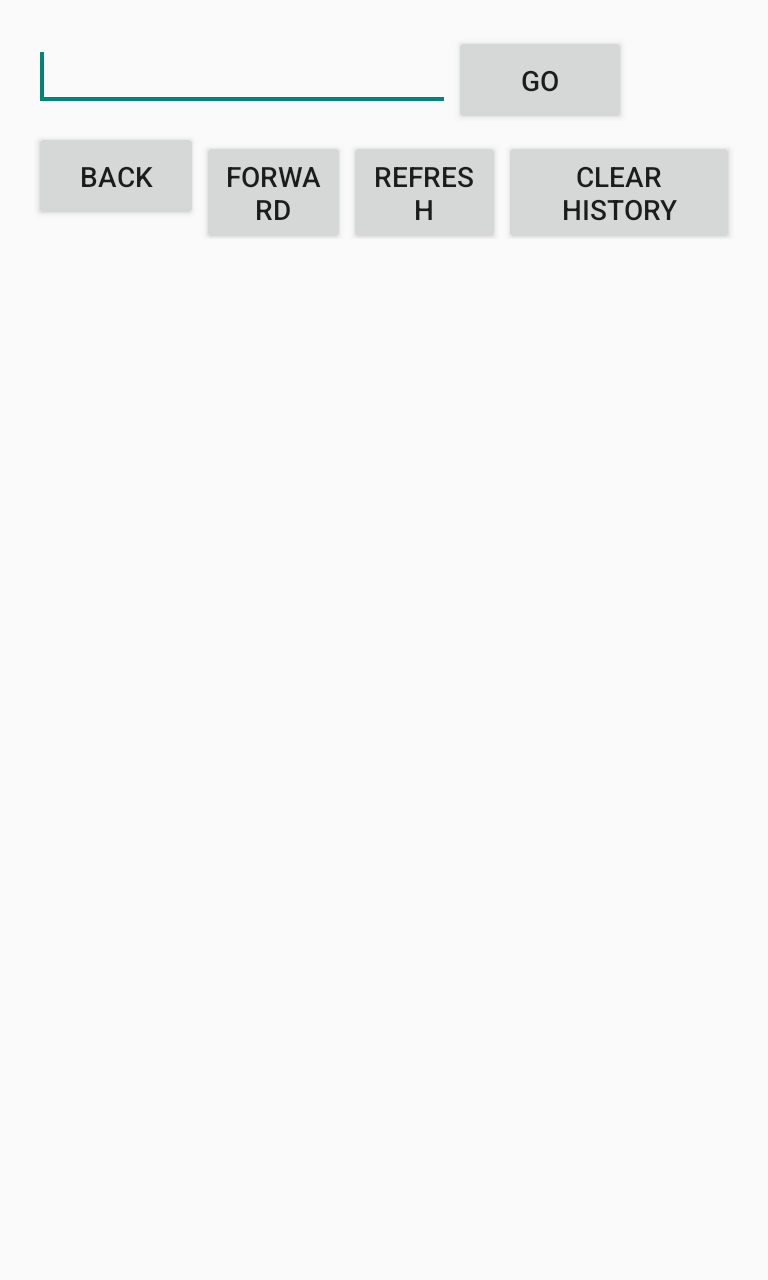
Repository: Attaphon1996/Engineering-Stuff
Layout: OSource/Android Play/Android_Projects/Bruno/res/layout/activity_main.xml
These files come from the project's save history. The layout is drawn as it stood at one moment and after the next save; the edit follows.
It is drawn on a 768 x 1280 px phone screen (xhdpi) without system bars, with theme AppTheme; the app's code is not run.

Above is the layout before, as saved 2014-12-23 17:32:47.

### OSource/Android Play/Android_Projects/Bruno/res/layout/activity_main.xml
<LinearLayout xmlns:android="http://schemas.android.com/apk/res/android"
    xmlns:tools="http://schemas.android.com/tools"
    android:layout_width="match_parent"
    android:layout_height="match_parent"
    android:paddingBottom="@dimen/activity_vertical_margin"
    android:paddingLeft="@dimen/activity_horizontal_margin"
    android:paddingRight="@dimen/activity_horizontal_margin"
    android:paddingTop="@dimen/activity_vertical_margin"
    tools:context="com.mundheyrohan.bruno.MainActivity"
    android:orientation="vertical" >
<LinearLayout
    android:layout_width="wrap_content"
    android:layout_height="wrap_content"
    android:orientation="horizontal"
    android:weightSum="100">
    <EditText
        android:id="@+id/editText1"
        android:layout_width="match_parent"
        android:layout_height="wrap_content"
        android:ems="10"
        android:layout_weight="40"
         >

        <requestFocus />
    </EditText>

    <Button
        android:id="@+id/button1"
        android:layout_width="wrap_content"
        android:layout_height="wrap_content"
        android:text="@string/go"
        android:layout_weight="60" />

    </LinearLayout>

<LinearLayout
    android:layout_width="wrap_content"
    android:layout_height="wrap_content"
    android:orientation="horizontal"
    android:weightSum="100"
    >
    <Button
        android:id="@+id/button1"
        android:layout_width="wrap_content"
        android:layout_height="wrap_content"
        android:text="Back"
        android:layout_weight="10" />
    <Button
        android:id="@+id/button1"
        android:layout_width="wrap_content"
        android:layout_height="wrap_content"
        android:text="Forward"
        android:layout_weight="40" />
    <Button
        android:id="@+id/button1"
        android:layout_width="wrap_content"
        android:layout_height="wrap_content"
        android:text="Refresh"
        android:layout_weight="25" />
    <Button
        android:id="@+id/button1"
        android:layout_width="wrap_content"
        android:layout_height="wrap_content"
        android:text="Clear History"
        android:layout_weight="25" />


</LinearLayout>



</LinearLayout>

### OSource/Android Play/Android_Projects/Bruno/res/values/strings.xml
<?xml version="1.0" encoding="utf-8"?>
<resources>

    <string name="app_name">Bruno</string>
    <string name="hello_world">Hello world!</string>
    <string name="action_settings">Settings</string>
    <string name="go">GO</string>

</resources>

Loaded but not shown: OSource/Android Play/Android_Projects/Bruno/res/values/styles.xml (common file); OSource/Android Play/Android_Projects/Bruno/res/values-v11/styles.xml (common file); OSource/Android Play/Android_Projects/Bruno/res/values-v14/styles.xml (common file); OSource/Android Play/Android_Projects/Bruno/res/values/dimens.xml (common file); OSource/Android Play/Android_Projects/Bruno/res/values-w820dp/dimens.xml (common file)

After the next save:
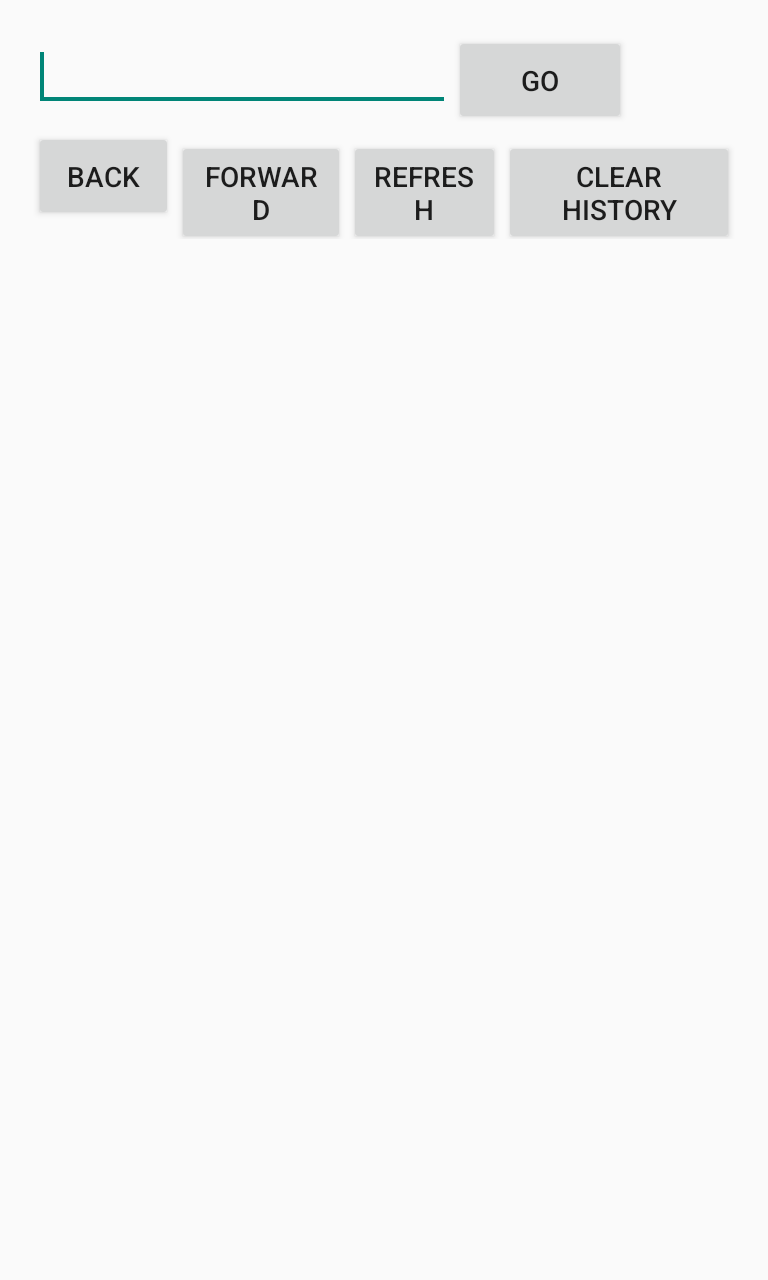
Saved 13 s later.
--- a/OSource/Android Play/Android_Projects/Bruno/res/layout/activity_main.xml
+++ b/OSource/Android Play/Android_Projects/Bruno/res/layout/activity_main.xml
@@ -44,13 +44,13 @@
         android:layout_width="wrap_content"
         android:layout_height="wrap_content"
         android:text="Back"
-        android:layout_weight="10" />
+        android:layout_weight="40" />
     <Button
         android:id="@+id/button1"
         android:layout_width="wrap_content"
         android:layout_height="wrap_content"
         android:text="Forward"
-        android:layout_weight="40" />
+        android:layout_weight="10" />
     <Button
         android:id="@+id/button1"
         android:layout_width="wrap_content"
